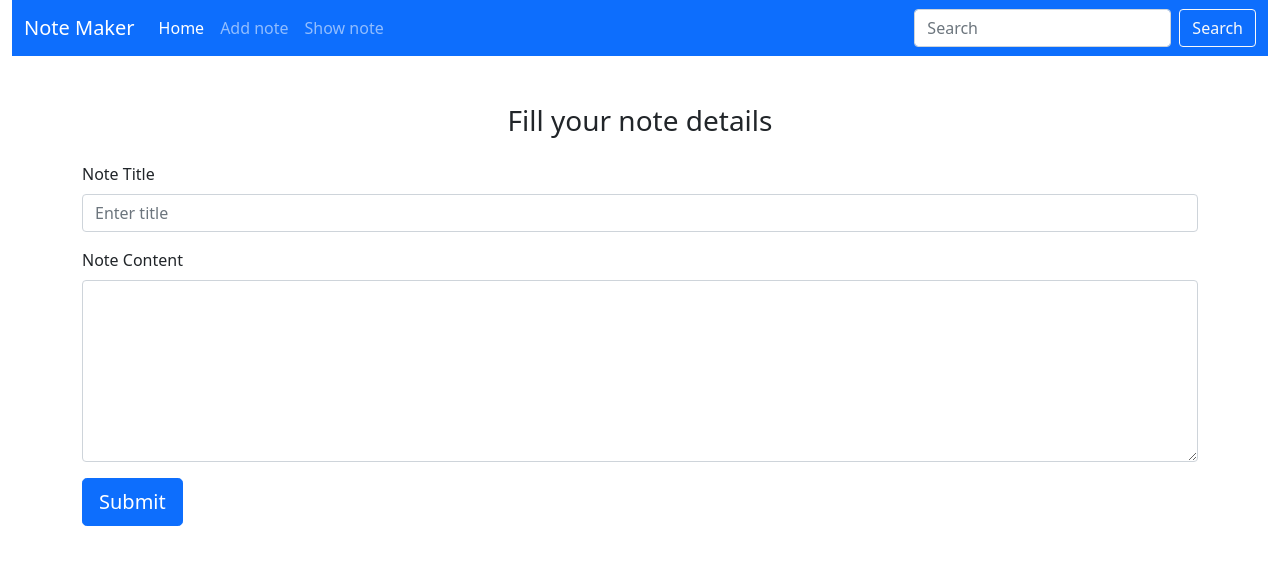
Repository: sachin1830/hibernateproject
Page: http://localhost/com.todolist/update_data.jsp
These files come from the project's save history. The page is drawn as it stood at one moment and after the next save; the edit follows.
The browser window is 1280 px wide. The pictures show the whole page.
Some web libraries are served in a nearby version. The page is served by Tomcat 9.

Above is the page before, as saved 2021-01-23 04:09:22.

After the next save:
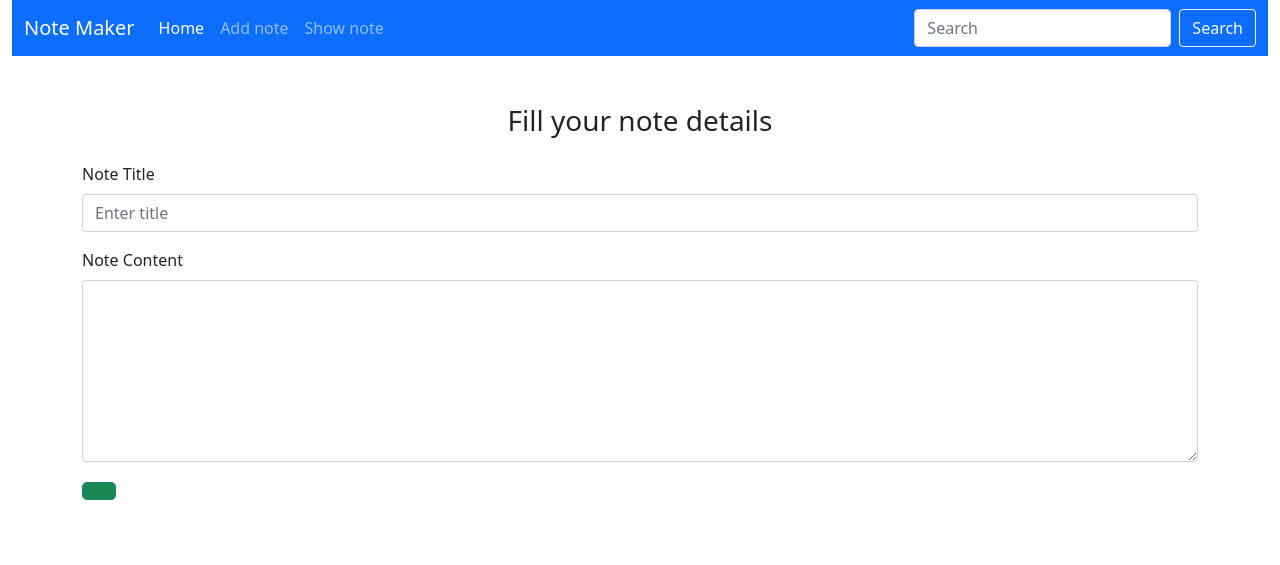
Saved 26 s later.
--- a/com.todolist/src/main/webapp/update_data.jsp
+++ b/com.todolist/src/main/webapp/update_data.jsp
@@ -36,7 +36,7 @@
 				<textarea class="form-control" id="exampleFormControlTextarea1"
 					rows="7" name="content" required></textarea>
 			</div>
-			<button type="submit" class="btn btn-primary btn-lg">Submit</button>
+			<button type="submit" class="btn btn-success btn-lg"></button>
 		</form>
 	</div>
 
